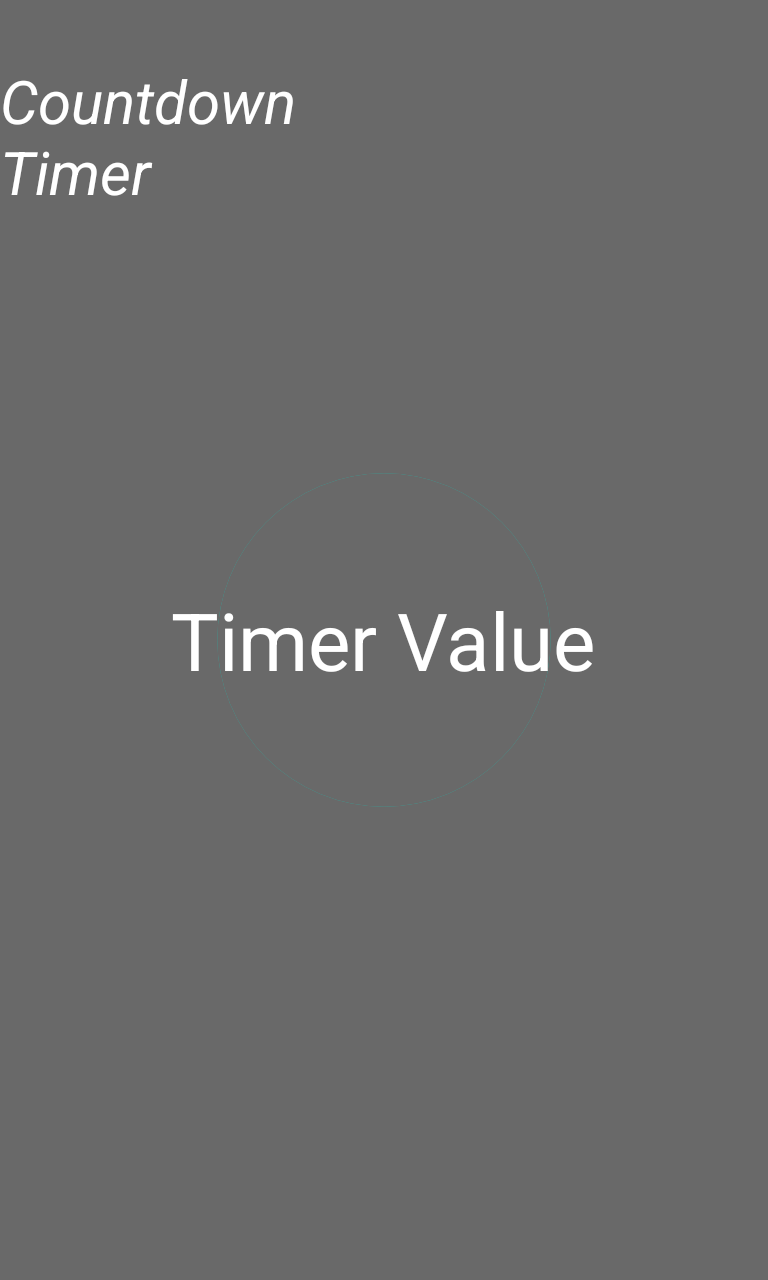
Repository: Hannanina/GuessTag
Layout: GuessTag/res/layout/activity_timer.xml
The author's editor kept a copy of each file at every save. The layout is drawn from the files as they stood at one save, then again after the next save.
It is drawn on a 768 x 1280 px phone screen (xhdpi) without system bars, with theme AppTheme; the app's code is not run.

Above is the layout before, as saved 2014-12-18 14:21:52.

After the next save:
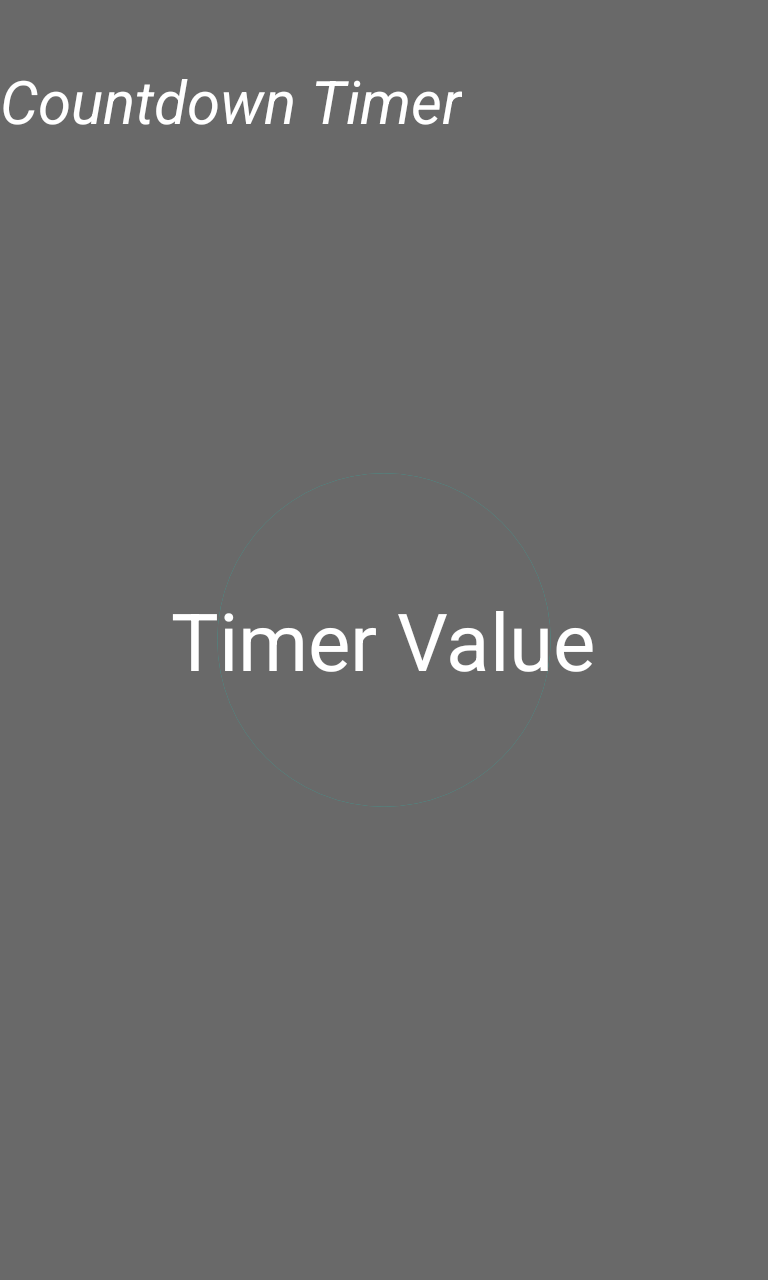
Saved 7 s later.
--- a/GuessTag/res/values/strings.xml
+++ b/GuessTag/res/values/strings.xml
@@ -46,7 +46,7 @@
     <string name="title_activity_select_tagger">SelectTaggerActivity</string>
 
     <!-- TIMER ACTIVITY -->
-    <string name="timer_heading">Countdown\nTimer</string>
+    <string name="timer_heading">Countdown Timer</string>
     <string name="timer_value">Timer Value</string>
     <string name="title_activity_timer">TimerActivity</string>
     <string name="title_activity_host">HostActivity</string>
